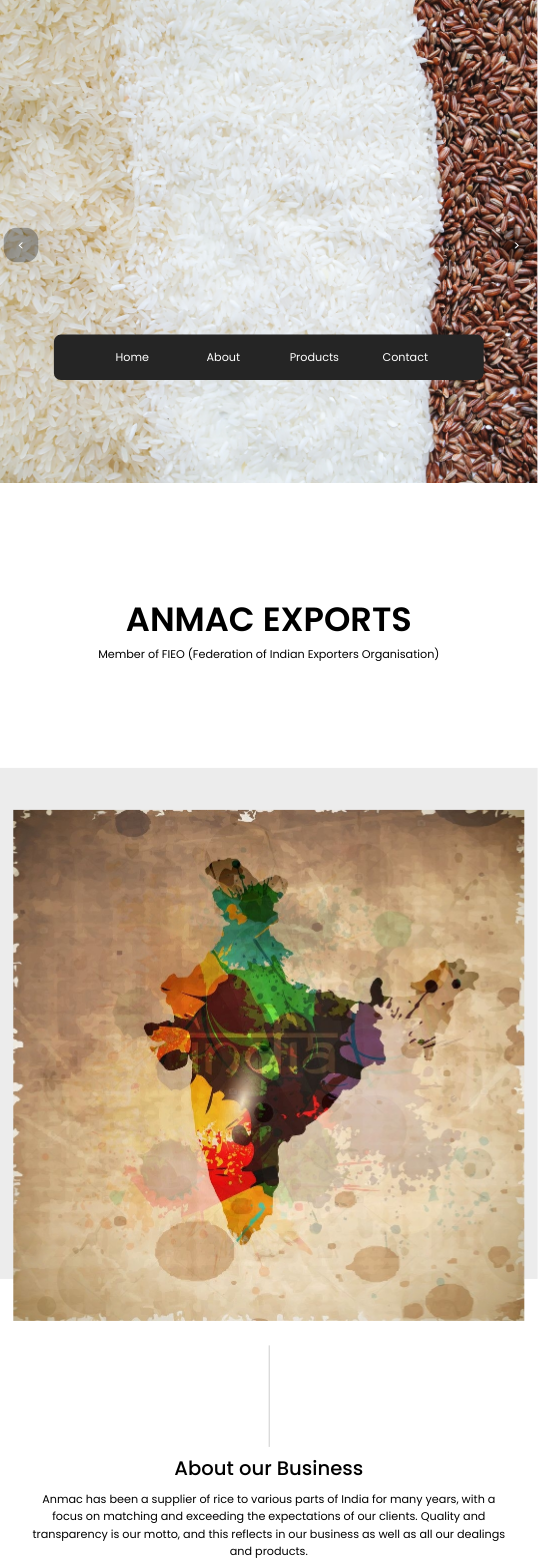
Repository: BitanNag/anmac-portfolio
Page: /#/
The author's editor kept a copy of each file at every save. The page is drawn from the files as they stood at one save, then again after the next save.
The browser window is 768 px wide. The pictures show the part of the page from y = 0 to 2240 px (the page is 8365 px tall), at 70% of full size.
Some web fonts or font styles are not loaded; a fallback is used. The project was rebuilt for these pictures with package versions that can differ from the ones it lists, and the page was loaded fresh each time. Also part of the build but not shown: vue.config.js, src/components/HeaderSection.vue, src/views/AboutView.vue, src/views/ProductsView.vue, src/components/ClientsSection.vue, src/views/ClientsView.vue, src/views/ContactView.vue.

Above is the page before, as saved 2023-11-06 23:17:39.

After the next save:
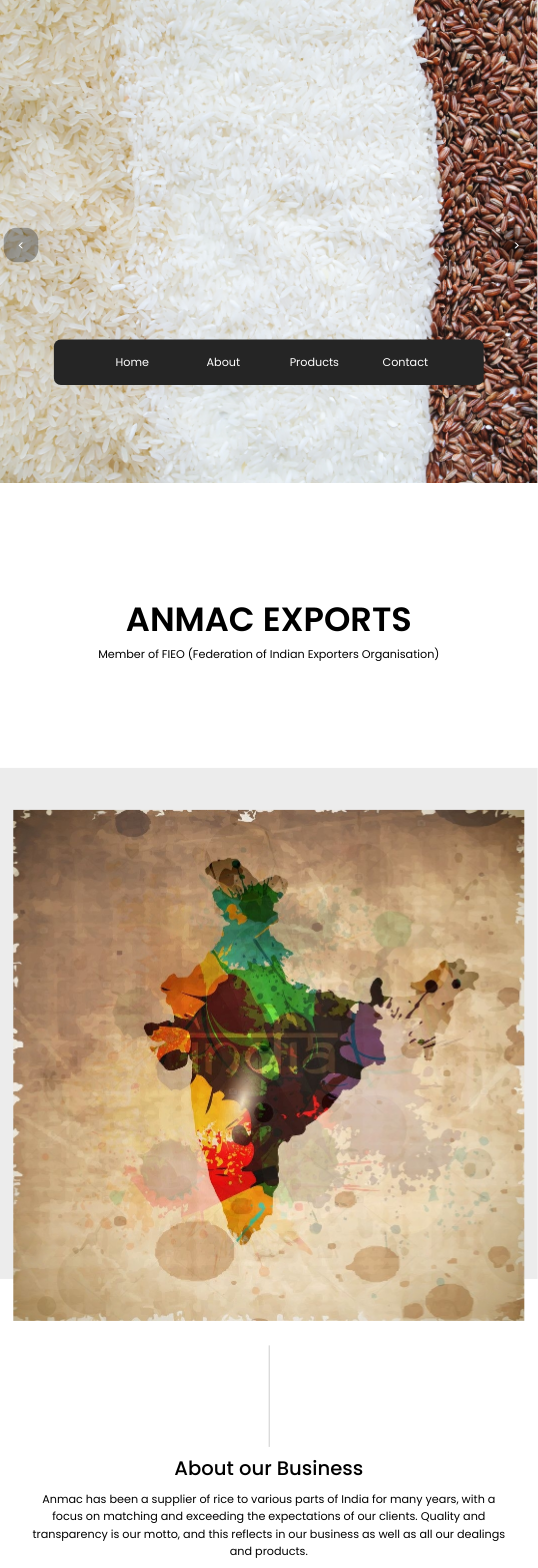
Saved 7 s later.
--- a/src/components/HeroSection.vue
+++ b/src/components/HeroSection.vue
@@ -182,7 +182,7 @@
 
         .hero-section .nav-bar .nav-list {
             padding: 10px 0;
-            top: 30%;
+            top: 100%;
             display: flex;
             flex-flow: wrap;
             height: fit-content;
